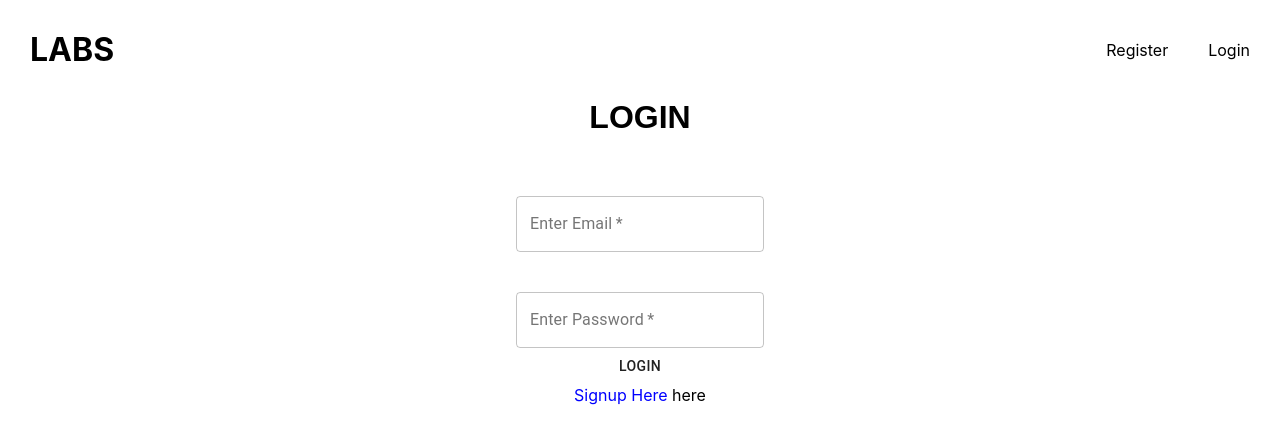
Repository: Prafullkuma/labsdata
Page: /login
An editor plug-in stored every save of this project. The page is shown before and after the next save, followed by the edit.
The browser window is 1280 px wide. The pictures show the whole page.
The project was rebuilt for these pictures with package versions that can differ from the ones it lists, and the page was loaded fresh each time. Also part of the build but not shown: src/Component/Main.js, src/Component/Admin.css, src/Component/Details/details.css, src/Component/Student/addstudent.css, src/Component/Student/Addstudent.js, src/Component/Student/ViewData/ViewData.css, src/Component/Student/ViewData/ViewStudentData.js, src/Component/Student/ViewStudent.js and 3 more.

Above is the page before, as saved 2020-08-27 10:14:56.

### src/App.js
import React from 'react';
import './App.css';
import Nav from './Component/Nav'
import Admin from './Component/Admin'
import Main from './Component/Main'
import Login from './Auth/Login'
import Signup from './Auth/Signup'
import { BrowserRouter as Router, Route } from 'react-router-dom'
function App() {
  return (
    <div className="App">
      <Router>
        <Nav />
        <Route path="/signup" component={Signup} />
        <Route path="/login" component={Login} />
        <Route path="/admin" component={Admin} />
        <Route exact path="/" component={Main} />
      </Router>
    </div>
  );
}

export default App;

### src/Component/Nav.js
import React, { useState } from 'react'
import './Nav.css'
import { Link, Redirect } from 'react-router-dom'
import { auth } from '../firebase'
import Main from './Main'
import Admin from './Admin'
function Nav() {
    const [user, setUser] = useState(false)
    const logoutHandler = (e) => {
        e.preventDefault()
        auth.signOut()
    }
    auth.onAuthStateChanged(_user => {
        if (_user) {
            Redirect(<Admin user={user.email} userToken={_user.refreshToken} />)
        }
        else {
            Redirect(<Main />)
        }
    })
    return (
        <div className="Navbar">
            <h1> <Link to="/"> LABS</Link></h1>
            <ul>
                {user ?
                    <li style={{ display: 'block' }} onClick={logoutHandler}><Link to="/" >Logout</Link>
                    </li>
                    :
                    <div>
                        <li><Link to="/signup"> Register</Link></li>
                        <li><Link to="/login">Login</Link></li>
                    </div>

                }

            </ul>
        </div>
    )
}

export default Nav

### src/Auth/Login.js
import React, { useState } from 'react'
import { TextField, Button } from '@material-ui/core'
import { Link } from 'react-router-dom'
import { auth } from '../firebase'
import { useHistory } from 'react-router-dom'
function Login() {
    const [email, setEmail] = useState('')
    const [password, setPassword] = useState('')
    const [error, setError] = useState('')
    let history = useHistory()
    const loginHandler = (e) => {
        e.preventDefault()
        const _email = email
        const _password = password
        auth.signInWithEmailAndPassword(_email, _password)
            .then(cred => console.log(cred))
            .catch((error) => {
                setError(error.message)
            })
        auth.onAuthStateChanged(user => {
            if (user) {
                history.push('/admin')

            } else {
                history.push('/login')
            }
        })
    }
    return (
        <div className="register">
            <h1>Login</h1>
            <form>
                <p>{error}</p>
                <br />
                <br />
                <TextField id="outlined-basic"
                    type="email"
                    required
                    value={email}
                    onChange={e => setEmail(e.target.value)}
                    label="Enter Email"
                    variant="outlined"
                />
                <br />
                <br />
                <br />
                <TextField
                    value={password}
                    onChange={e => setPassword(e.target.value)}
                    id="outlined-basic"
                    type="password"
                    required label="Enter Password"
                    variant="outlined" />
                <br />
                <Button onClick={loginHandler}> Login</Button>
                <br />
                <p><Link to="/signup" style={{ color: 'blue' }}>Signup Here</Link> here</p>
            </form>

        </div>

    )
}

export default Login

### src/Component/Nav.css
.Navbar{
    padding: 30px;
    display: flex;
    justify-content: space-between;
    align-items: center;

}
a{
    text-decoration: none;
    color:black;
    }
ul,li{
    list-style: none;
    float: left;
    margin-left: 40px;
}

### src/firebase.js
import firebase from 'firebase'

import 'firebase/firestore'
import 'firebase/auth'

var firebaseConfig = {
    apiKey: "AIzaSyDBjwEIOoHjkS1sD05WaYhi0mxlrS6cIds",
    authDomain: "labsdata-13bd9.firebaseapp.com",
    databaseURL: "https://labsdata-13bd9.firebaseio.com",
    projectId: "labsdata-13bd9",
    storageBucket: "labsdata-13bd9.appspot.com",
    messagingSenderId: "673732582527",
    appId: "1:673732582527:web:3f4a8688ae38e1fa14f34a",
    measurementId: "G-1QEVCBTCNL"
};
// Initialize Firebase
const data = firebase.initializeApp(firebaseConfig);
const db = data.firestore()
const auth = data.auth()

export { db, auth, firebase as default }

### src/Auth/signup.css
.register{
    text-align: center;
}
.register h1{
    text-transform: uppercase;
    font-family: sans-serif;
    margin-bottom: 20px;
}
#outlined-basic{
}

Loaded but not shown: public/index.html (common file); src/index.js (common file); src/index.css (common file); src/serviceWorker.js (common file); src/App.css (common file); src/Component/Main.css (no stored copy; drawn as an empty file); src/Component/Student/viewstudent.css (no stored copy; drawn as an empty file)

After the next save:
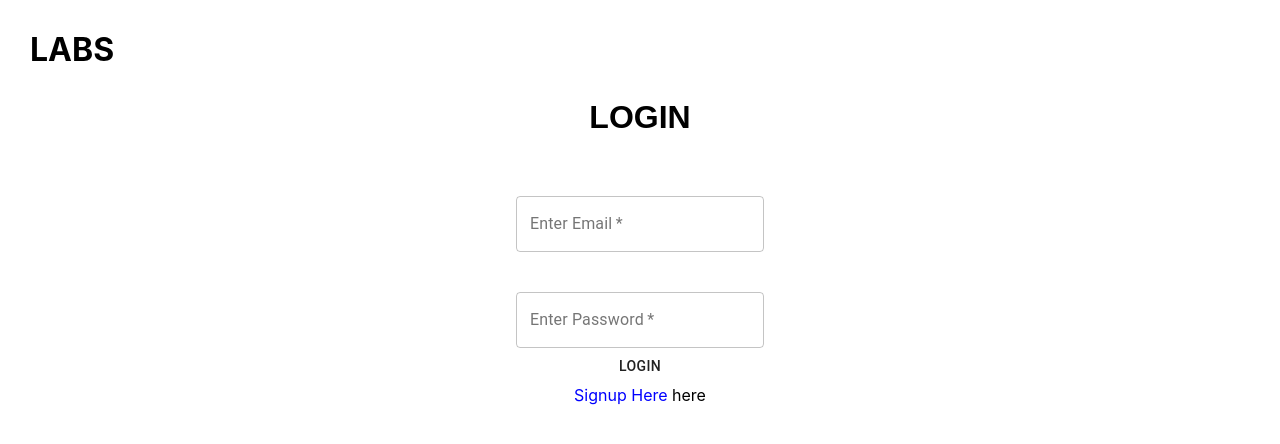
Saved 30 s later.
--- a/src/Component/Nav.js
+++ b/src/Component/Nav.js
@@ -26,7 +26,7 @@
                     <li style={{ display: 'block' }} onClick={logoutHandler}><Link to="/" >Logout</Link>
                     </li>
                     :
-                    <div>
+                    <div style={{ display: 'none' }}>
                         <li><Link to="/signup"> Register</Link></li>
                         <li><Link to="/login">Login</Link></li>
                     </div>

After the 5 saves that followed:
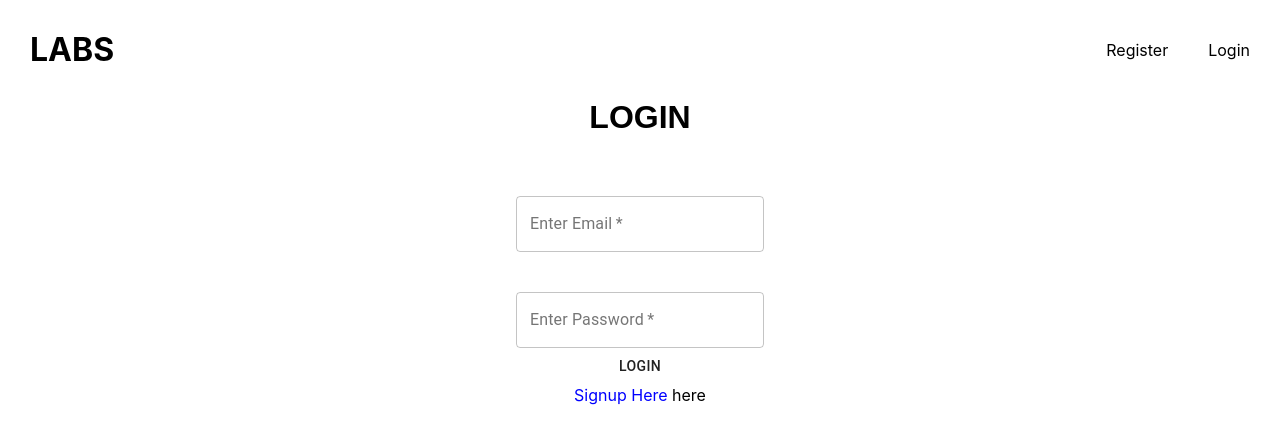
The 5 saves are shown as one change because 4 left the picture as it was.
The last was saved 2 min 5 s later.
--- a/src/Component/Nav.js
+++ b/src/Component/Nav.js
@@ -13,6 +13,7 @@
     auth.onAuthStateChanged(_user => {
         if (_user) {
             Redirect(<Admin user={user.email} userToken={_user.refreshToken} />)
+            setUser(_user)
         }
         else {
             Redirect(<Main />)
@@ -23,10 +24,10 @@
             <h1> <Link to="/"> LABS</Link></h1>
             <ul>
                 {user ?
-                    <li style={{ display: 'block' }} onClick={logoutHandler}><Link to="/" >Logout</Link>
+                    <li onClick={logoutHandler}><Link to="/" >Logout</Link>
                     </li>
                     :
-                    <div style={{ display: 'none' }}>
+                    <div >
                         <li><Link to="/signup"> Register</Link></li>
                         <li><Link to="/login">Login</Link></li>
                     </div>
